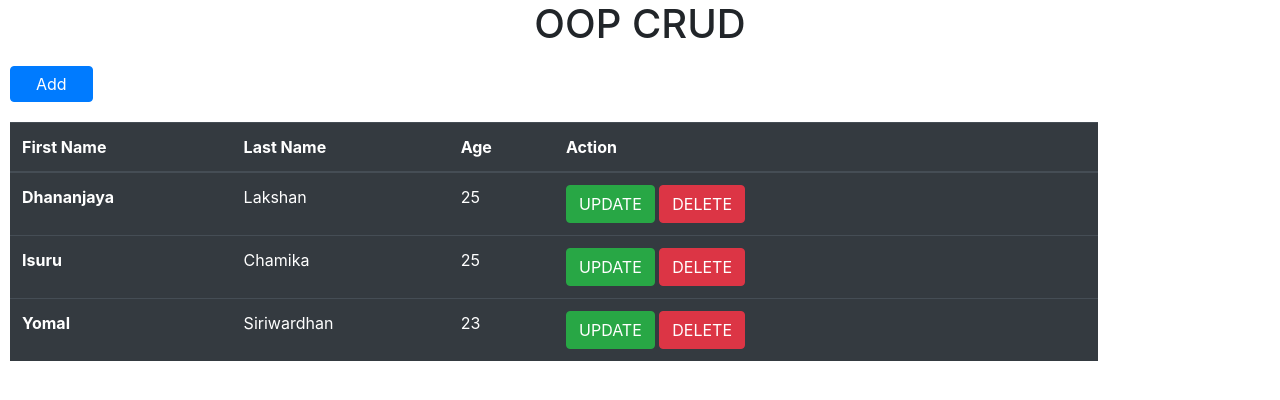
Repository: DhananjayaLakshan/PHP_CRUD_OOP1
Page: index.html
These files come from the project's save history. The page is drawn as it stood at one moment and after the next save; the edit follows.
The browser window is 1280 px wide. The pictures show the whole page.

Above is the page before, as saved 2023-11-30 11:03:06.

After the next save:
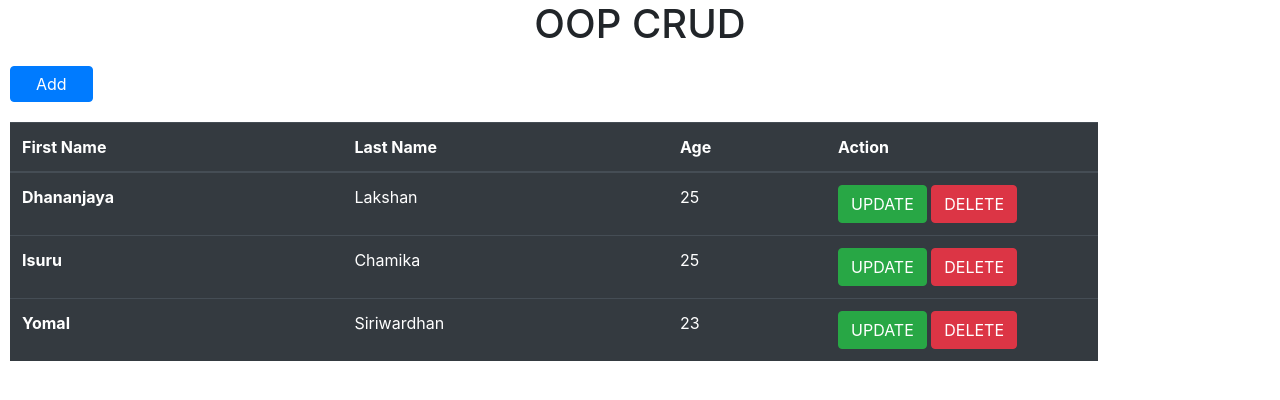
Saved 6 s later.
--- a/index.html
+++ b/index.html
@@ -51,7 +51,7 @@
                 <th>Yomal</th>
                 <td>Siriwardhan</td>
                 <td>23</td>
-                <td style="width: 50%;">
+                <td style="width: 25%;">
                     <button class="btn btn-success">UPDATE</button>
                     <button class="btn btn-danger">DELETE</button>
                 </td>
